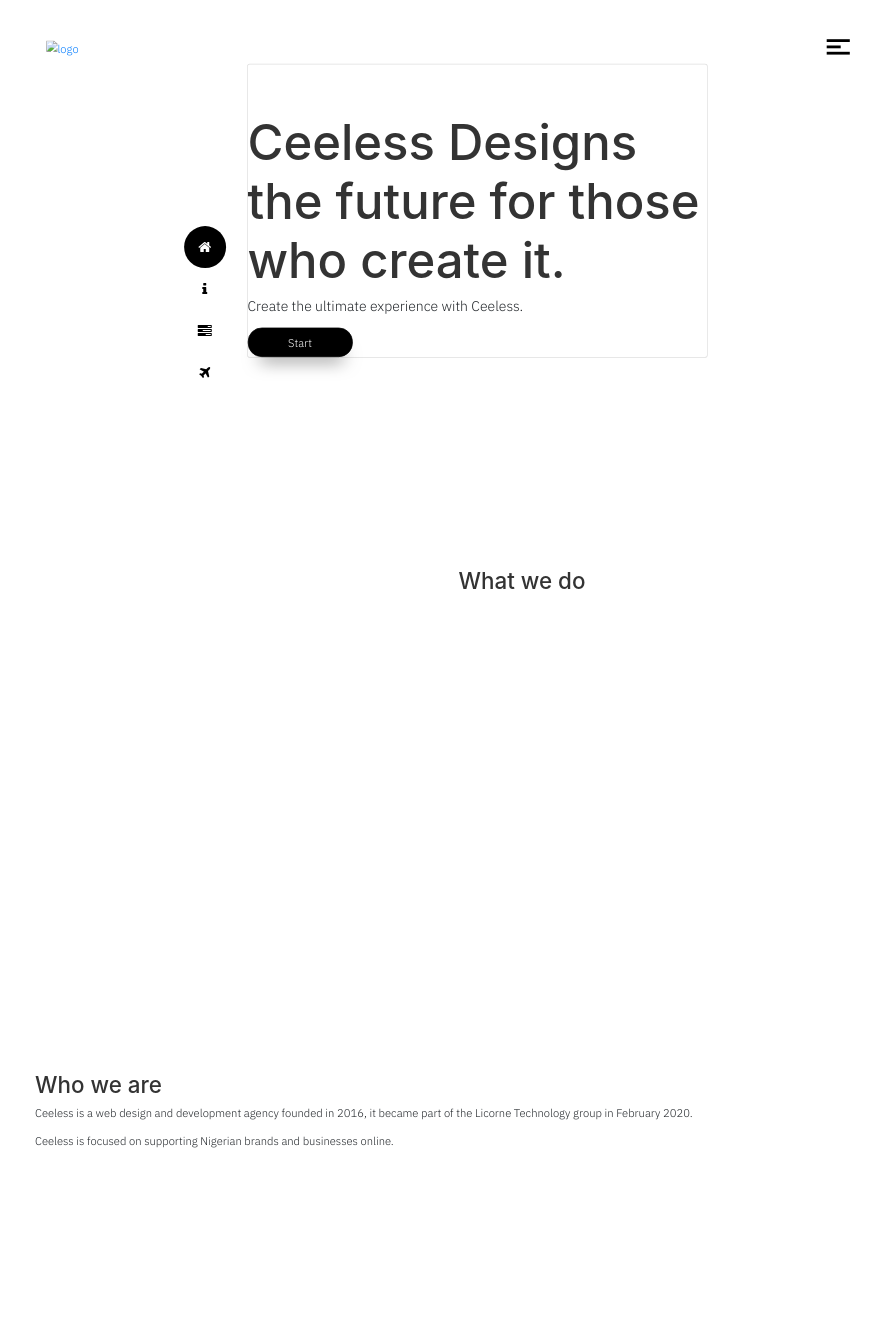
Repository: Licorne-Technologies/Ceeless-v2
Page: index.html
The author's editor kept a copy of each file at every save. The page is drawn from the files as they stood at one save, then again after the next save.
The browser window is 1280 px wide. The pictures show the part of the page from y = 0 to 1920 px (the page is 3037 px tall), at 70% of full size.
Some web libraries are served in a nearby version. The style sheet was rebuilt from its Sass, Less or Tailwind sources for each picture, by a compiler version that may differ from the author's.

Above is the page before, as saved 2020-06-15 12:54:59.

After the next save:
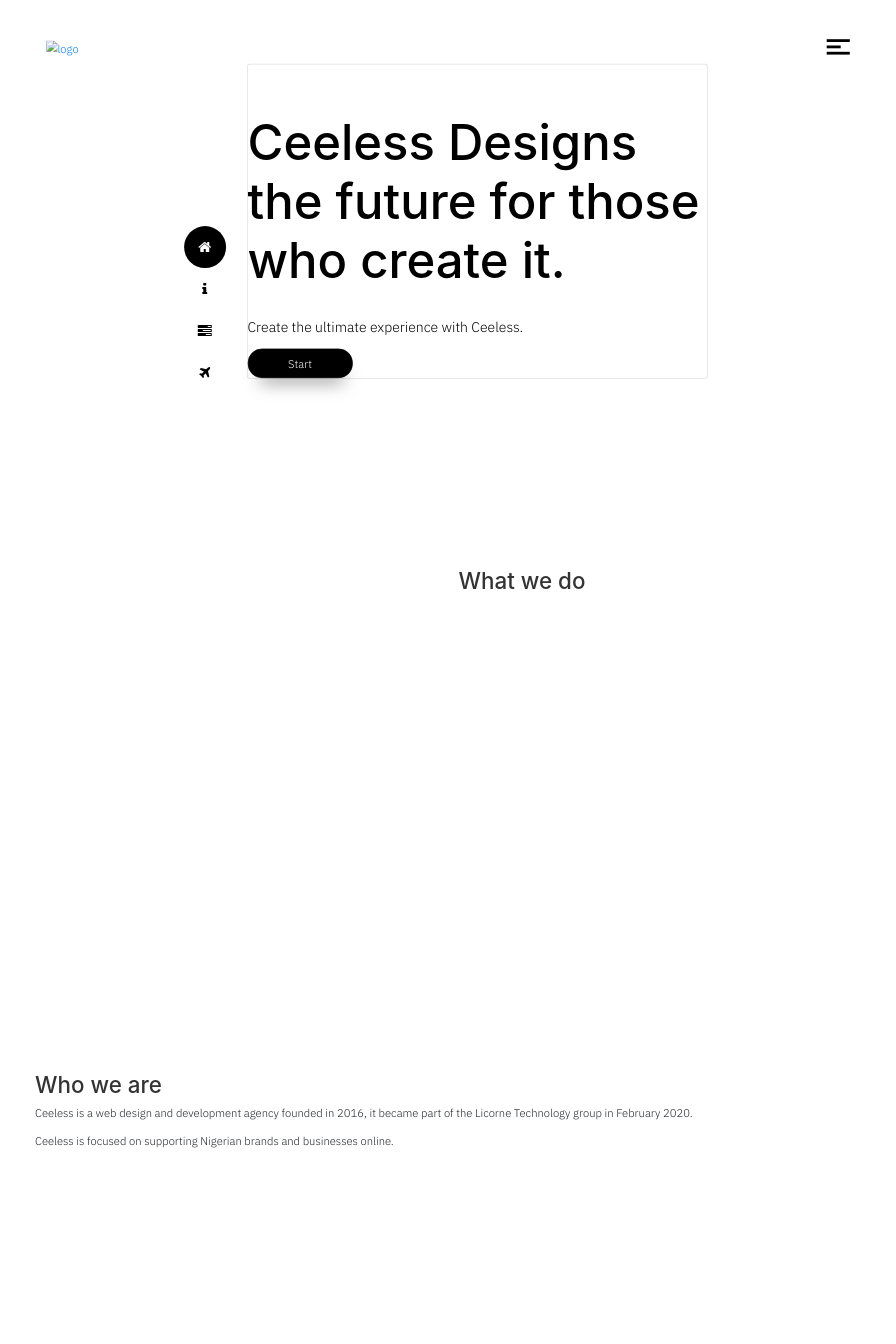
Saved 49 s later.
--- a/css/jumbotron.scss
+++ b/css/jumbotron.scss
@@ -40,9 +40,12 @@
     padding-top: 70px;
     h1{
         font-size: $fontLarge;
+        color: $dark;
     }
     p{
+        padding-top: 30px;
         font-size: $fontText;
+        color: $dark;
     }
 }
 a.action-btn {
